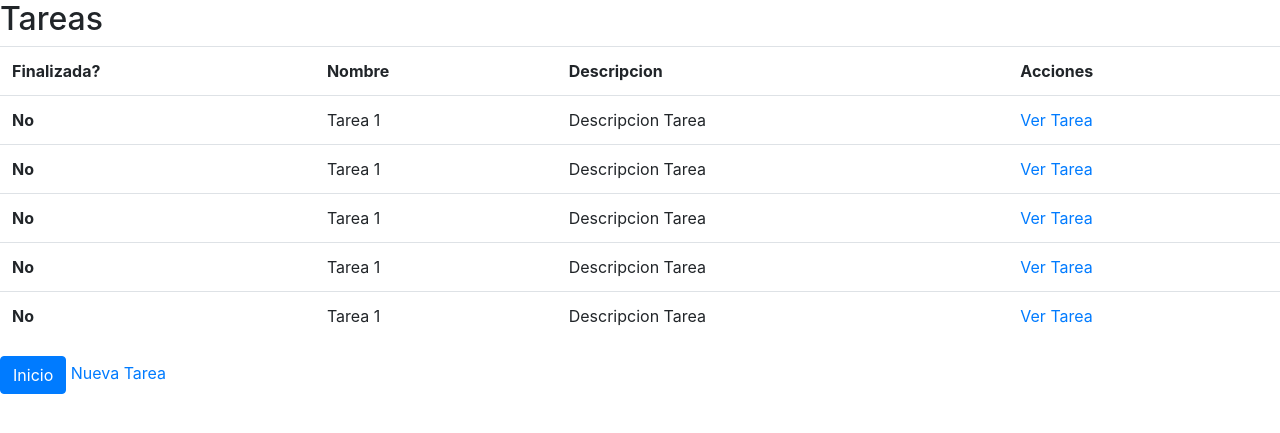
Repository: Alemartinez97/New-Repository
Page: programacion-3/tp4/tareas/lista.html
The author's editor kept a copy of each file at every save. The page is drawn from the files as they stood at one save, then again after the next save.
The browser window is 1280 px wide. The pictures show the whole page.

Above is the page before, as saved 2020-06-11 14:59:43.

After the next save:
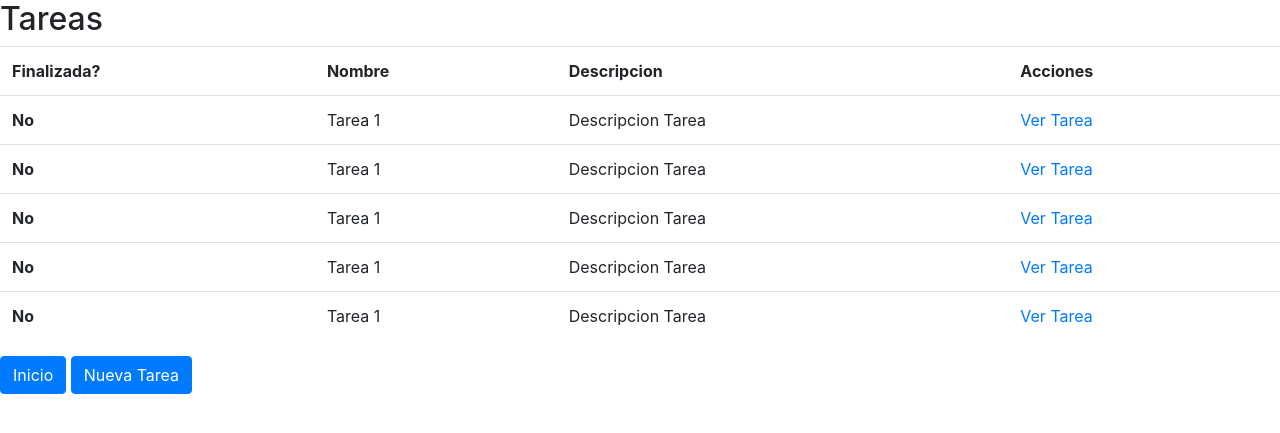
Saved 4 s later.
--- a/programacion-3/tp4/tareas/lista.html
+++ b/programacion-3/tp4/tareas/lista.html
@@ -49,6 +49,6 @@
         </tbody>
       </table>
       <a href="index.html" class="btn btn-primary">Inicio</a>
-      <a href="/form/form.html">Nueva Tarea</a>
+      <a href="/form/form.html" class="btn btn-primary">Nueva Tarea</a>
 </body>
 </html>
